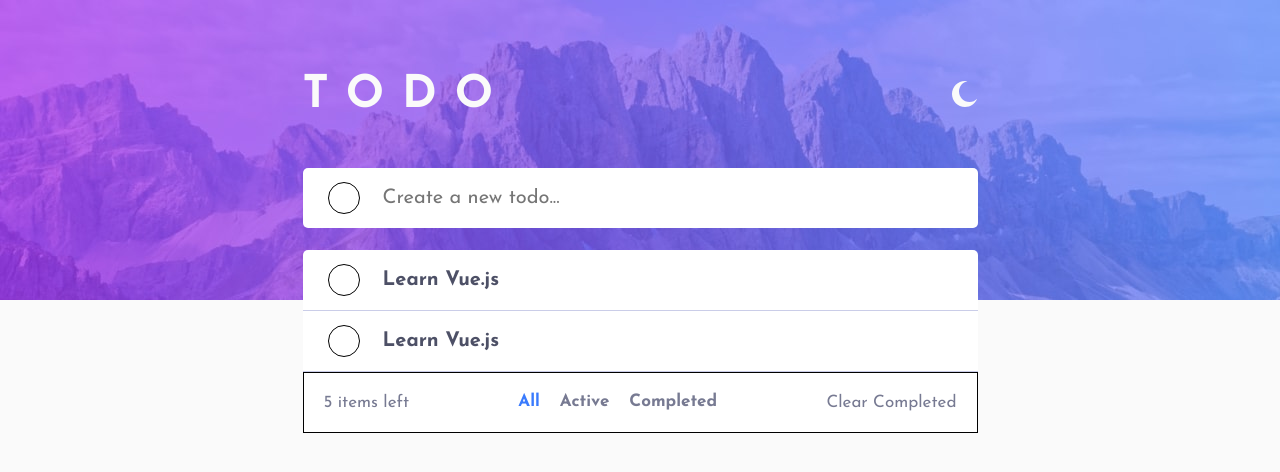
Repository: tomas938/todo-app
Page: /
The author's editor kept a copy of each file at every save. The page is drawn from the files as they stood at one save, then again after the next save.
The browser window is 1280 px wide. The pictures show the whole page.
The project was rebuilt for these pictures with package versions that can differ from the ones it lists, and the page was loaded fresh each time.

Above is the page before, as saved 2021-08-18 12:11:21.

After the next save:
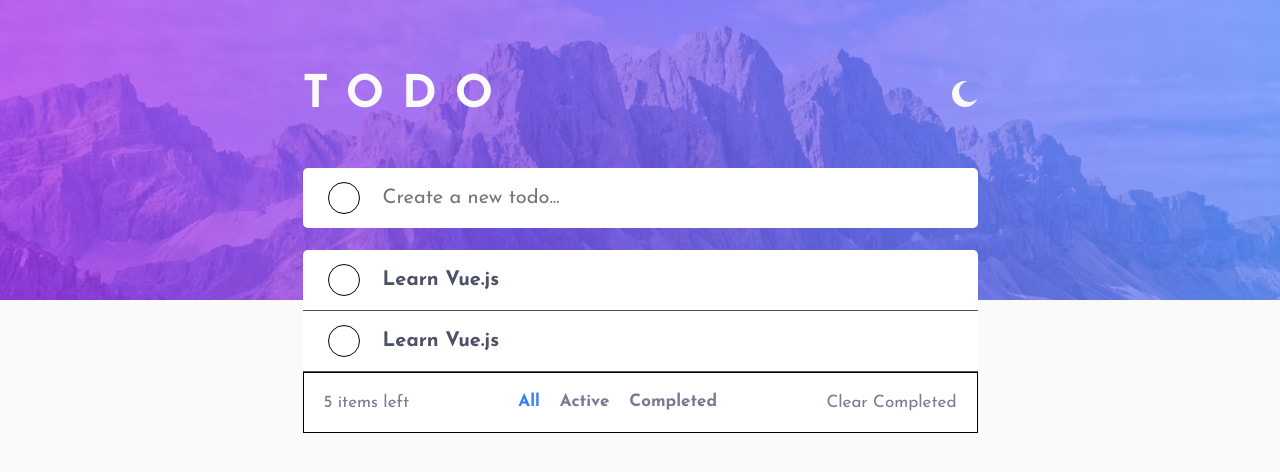
Saved 26 s later.
--- a/src/App.vue
+++ b/src/App.vue
@@ -9,13 +9,13 @@
 		--items-bg-color: hsl(235, 24%, 19%);
 		--body-bg: hsl(235, 21%, 11%);
 		--todo-text: hsl(233, 14%, 35%);
-		--todo-border: hsl(234, 11%, 52%);
+		--todo-border: hsl(233, 14%, 35%);
 	}
 	.light {
 		--items-bg-color: hsl(0, 0%, 100%);
 		--body-bg: hsl(0, 0%, 98%);
 		--todo-text: hsl(233, 14%, 35%);
-		--todo-border: hsl(234, 39%, 85%);
+		--todo-border: hsl(233, 14%, 35%);
 	}
 }
 * {
